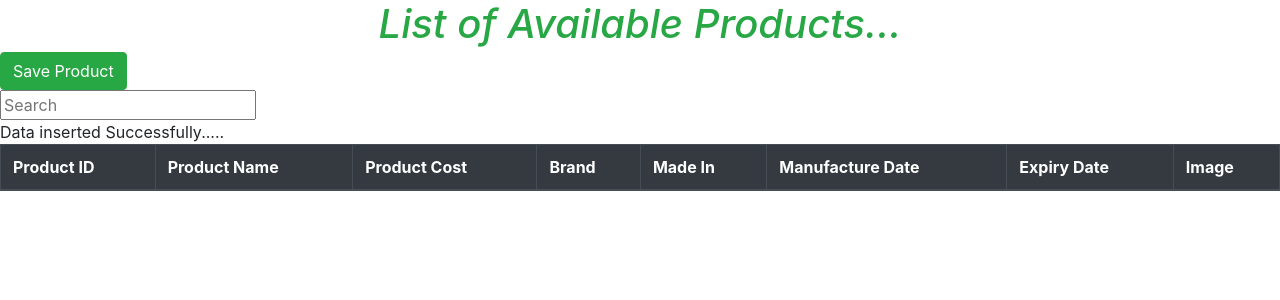
Repository: vineethGoudGithub/JavaApplications
Page: http://localhost/ProductManagementApp/productList.jsp
An editor plug-in stored every save of this project. The page is shown before and after the next save, followed by the edit.
The browser window is 1280 px wide. The pictures show the whole page.
The page is served by Tomcat 9. Queries for data that is not in the repository find no rows.

Above is the page before, as saved 2024-03-06 06:12:25.

After the next save:
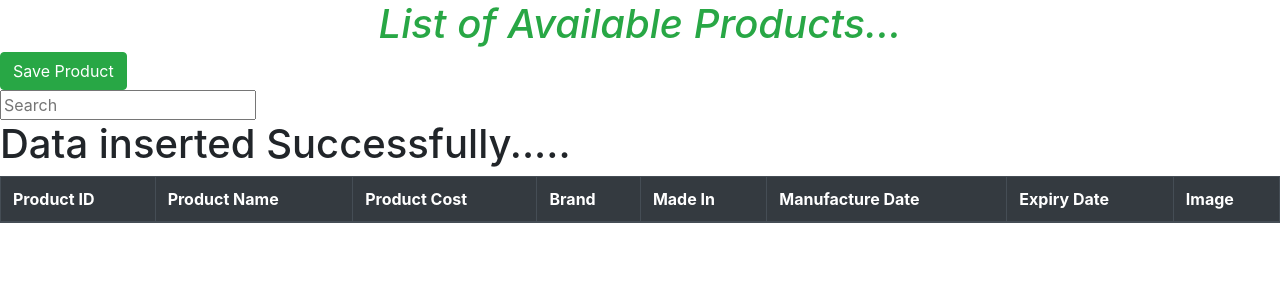
Saved 50 s later.
--- a/ProductManagementApp/src/main/webapp/productList.jsp
+++ b/ProductManagementApp/src/main/webapp/productList.jsp
@@ -24,7 +24,7 @@
 </div>
 
 <div>
-		Data inserted Successfully.....
+		<h1 class="text-sucess">Data inserted Successfully.....</h1>
 </div>
 
 
